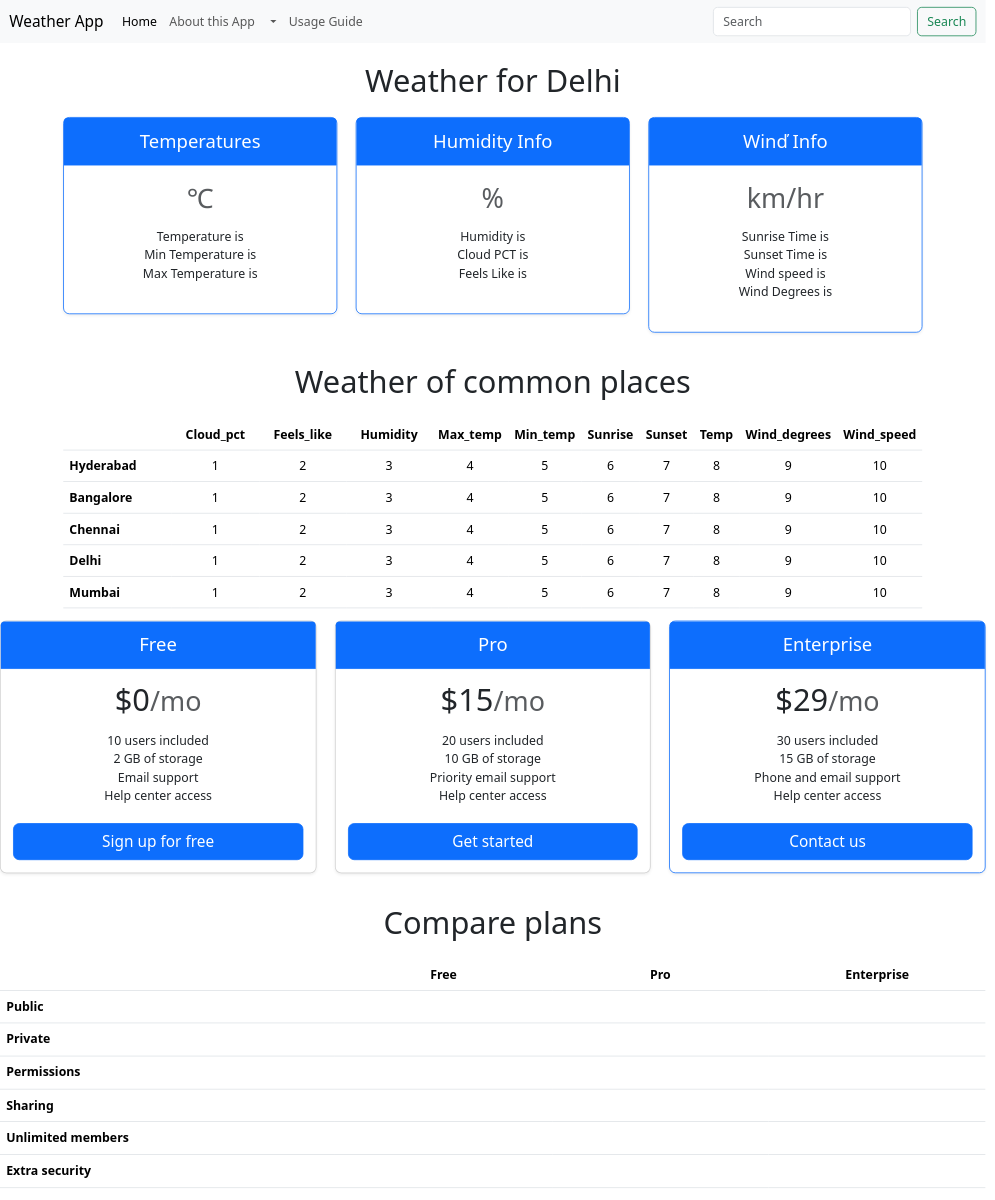
Repository: Abhilash2909/weather
Page: index.html
The author's editor kept a copy of each file at every save. The page is drawn from the files as they stood at one save, then again after the next save.
The browser window is 1280 px wide. The page is 1292 px wide, so the pictures cover 1292 px, including what lies to the right of the window. The pictures show the whole page, at 77% of full size.
The page's requests for data from a server got no answer.

Above is the page before, as saved 2024-02-11 17:06:11.

After the next save:
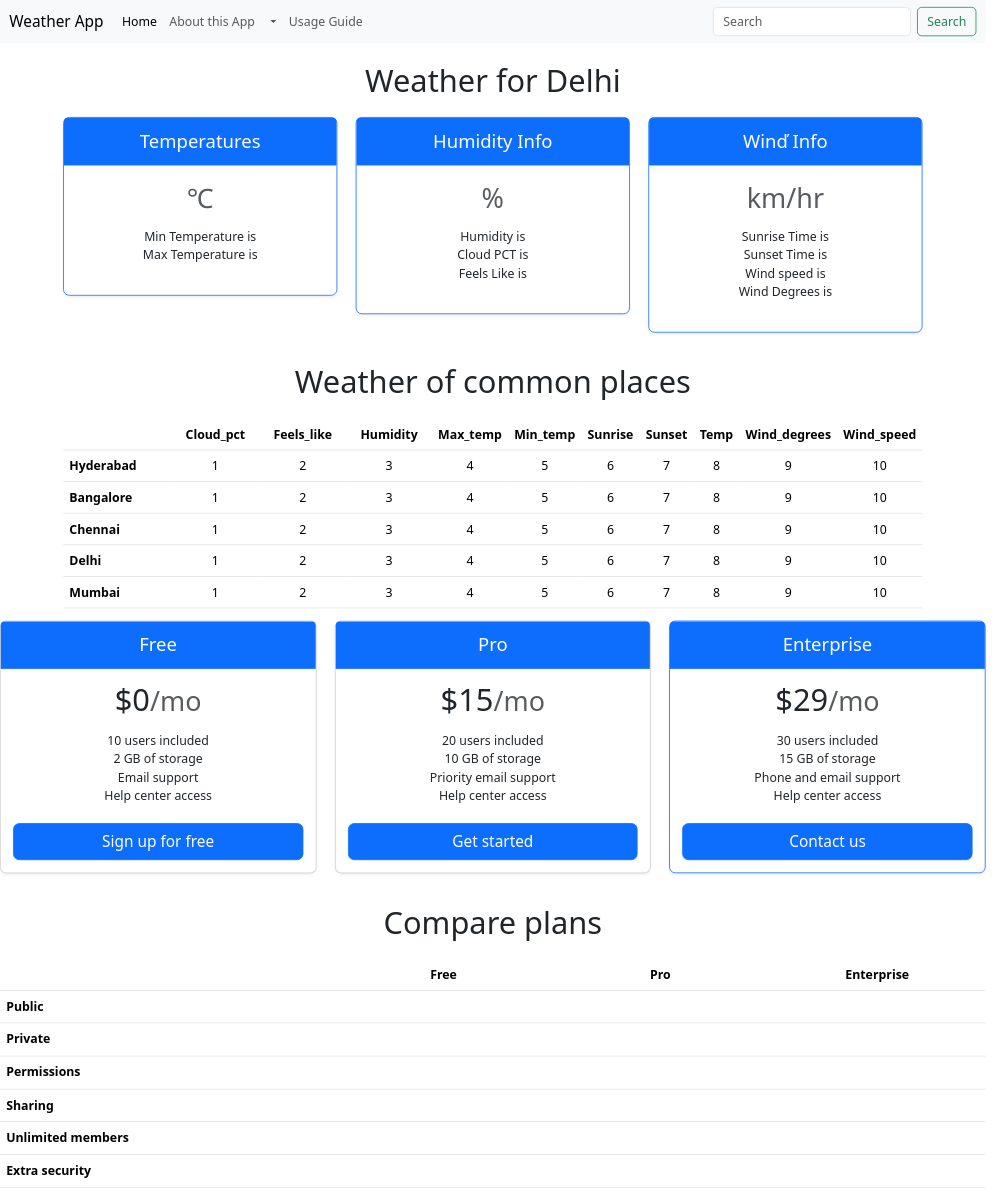
Saved 12 s later.
--- a/index.html
+++ b/index.html
@@ -54,7 +54,6 @@
               <div class="card-body">
                 <h1 class="card-title pricing-card-title"><span id="temp2"></span><small class="text-body-secondary fw-light"></span><span>&#8451;</span></small></h1>
                 <ul class="list-unstyled mt-3 mb-4">
-                  <li>Temperature is <span id="temp" ></span></li>
                   <li>Min Temperature is <span id="min_temp" ></span></li>
                   <li>Max Temperature is <span id="max_temp" ></span></li>
                 </ul>

After the save that followed:
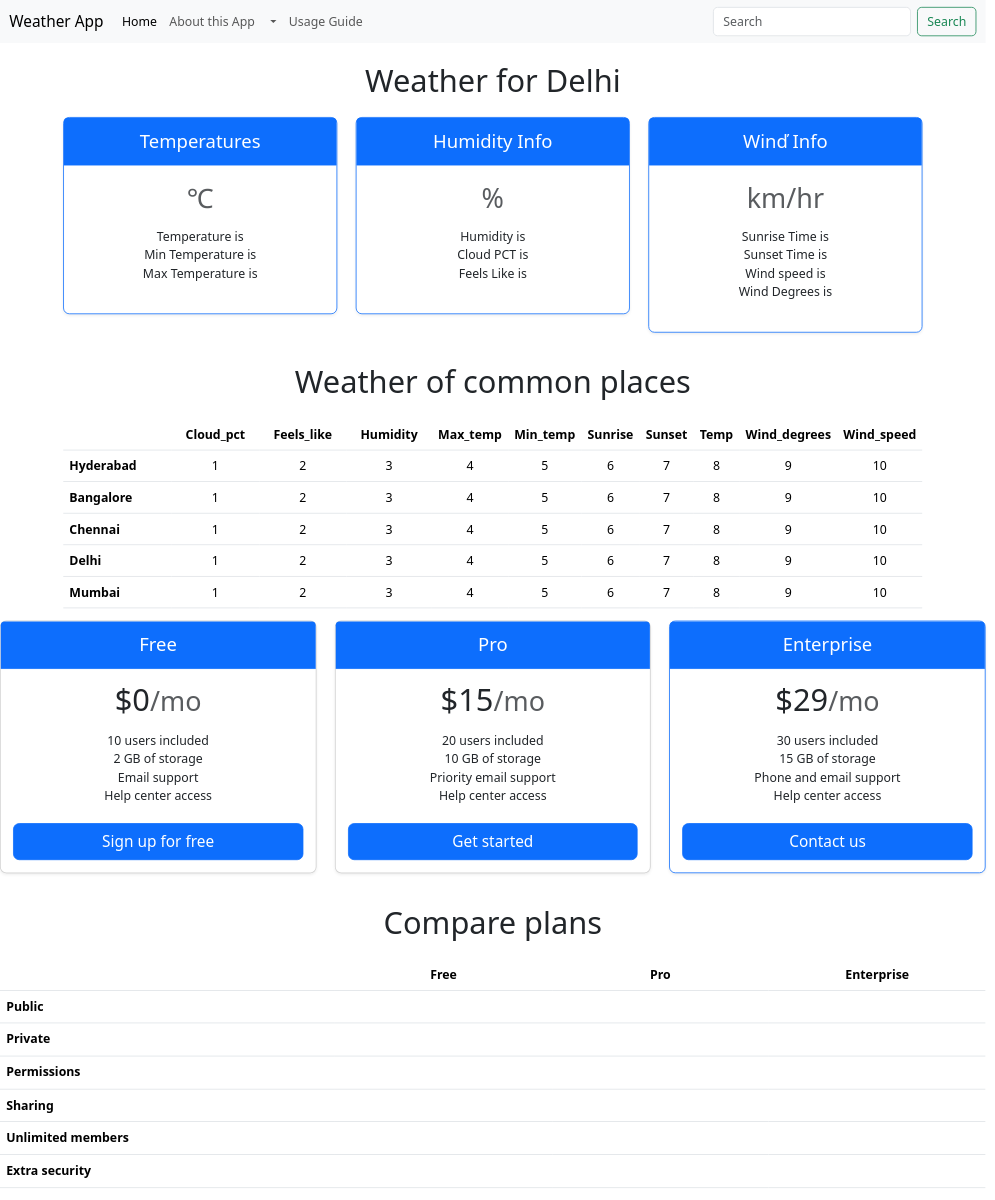
Saved 4 s later.
--- a/index.html
+++ b/index.html
@@ -54,6 +54,7 @@
               <div class="card-body">
                 <h1 class="card-title pricing-card-title"><span id="temp2"></span><small class="text-body-secondary fw-light"></span><span>&#8451;</span></small></h1>
                 <ul class="list-unstyled mt-3 mb-4">
+                  <li>Temperature is <span id="temp" ></span></li>
                   <li>Min Temperature is <span id="min_temp" ></span></li>
                   <li>Max Temperature is <span id="max_temp" ></span></li>
                 </ul>
